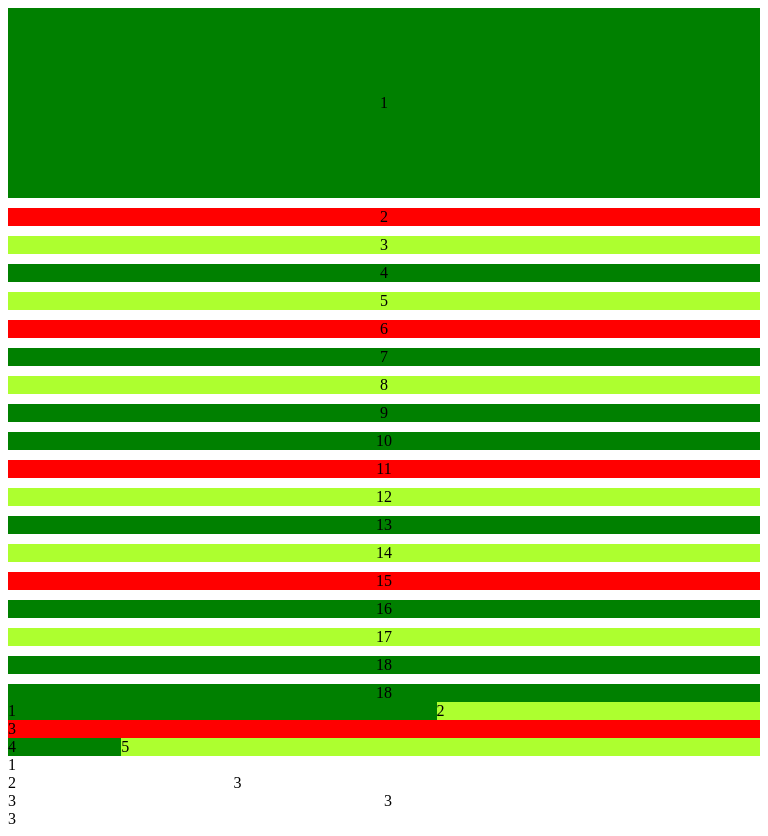
Repository: motiejus1/09-paskaita-05.31
Page: index.html
An editor plug-in stored every save of this project. The page is shown before and after the next save, followed by the edit.
The browser window is 768 px wide. The pictures show the whole page.

Above is the page before, as saved 2021-06-15 20:53:09.

### index.html
<!DOCTYPE html>
<html lang="en">
<head>
    <meta charset="UTF-8">
    <meta http-equiv="X-UA-Compatible" content="IE=edge">
    <meta name="viewport" content="width=device-width, initial-scale=1.0">
    <title>9 paskaita</title>
    <style>
        .grid-container {
            display: grid;
            grid-template-columns: auto auto auto;
            grid-column-gap: 10px ;
            grid-row-gap: 10px ;
        }

        @media screen and (max-width: 1000px) {
            .grid-container {
                grid-template-columns: auto;
            }

            .grid-item-1 {
                grid-column:auto !important;
                grid-row:auto;
            }
        }

        .zalia {
            background-color: green;
        }

        .raudona {
            background-color: red;
        }

        .geltona {
            background: greenyellow;
        }

        .grid-item-1 {
            /* grid-column-start: 1 ;
            grid-column-end: 3 ; */

            grid-column: 1 / span 6;

            grid-row: 1 / span 20;
        }

        /* .grid-item-2 {
            grid-column-start: 1 ;
            grid-column-end: 3 ;
            grid-row-start: 3;
            grid-row-end: 25 ;
        } */

        .grid-item {
            display:grid;
            justify-content: center;
            align-items: center;
        }
        .flex-container {
            display:flex;
            justify-content: center;
            align-items: center;
        }

        .grid-container-1 {
            display: grid;
            grid-template-areas:
            'pirmas pirmas pirmas pirmas antras antras antras'
            'trecias trecias trecias trecias trecias trecias trecias'
            'ketvirtas penktas penktas penktas penktas penktas penktas'
            'ketvirtas penktas penktas penktas penktas penktas penktas'

            ;
        }
        .grid-element-1 {
            grid-area: pirmas;
        }

        .grid-element-2 {
            grid-area: antras;
        }

        .grid-element-3 {
            grid-area: trecias;
        }

        .grid-element-4 {
            grid-area: ketvirtas;
        }

        .grid-element-5 {
            grid-area: penktas;
        }

        .grid-container-2 {
            display:grid;
            grid-template-columns: 10% 10% 10% 10% 10% 10% 10% 10% 10% 10%
        }

        .grid1 {
            /* width: 100%; */
            grid-column: 1 / span 10;
        }

        .grid2 {
            grid-column: 1 / span 3;
        }

        .grid3 {
            grid-column: 4 / span 10;
        }

        .grid4 {
            grid-column: 1 /span 5;
        }

        .grid5 {
            grid-column:  6 /span 10;
        }

        .grid6 {
            grid-column:  1 /span 7;
        }

    </style>
</head>
<body>
    <div class="grid-container">
        <div class="grid-item grid-item-1 zalia">
            1
        </div>
        <div class="grid-item grid-item-2 raudona">
            2
        </div>
        <div class="grid-item grid-item-3 geltona">3</div>
        <div class="grid-item grid-item-4 zalia">4</div>
        <div class="grid-item geltona">5</div>
        <div class="grid-item raudona">6</div>
        <div class="grid-item zalia">7</div>
        <div class="grid-item geltona">8</div>
        <div class="grid-item zalia">9</div>
        <div class="grid-item zalia">10</div>
        <div class="grid-item raudona">11</div>
        <div class="grid-item geltona">12</div>
        <div class="grid-item zalia">13</div>
        <div class="grid-item geltona">14</div>
        <div class="grid-item raudona">15</div>
        <div class="grid-item zalia">16</div>
        <div class="grid-item geltona">17</div>
        <div class="grid-item zalia">18</div>
        <div class="flex-container zalia">18</div>
    </div>

    <div class="grid-container-1">
        <div class="grid-element-1 zalia">1</div>
        <div class="grid-element-2 geltona">2</div>
        <div class="grid-element-3 raudona">3</div>
        <div class="grid-element-4 zalia">4</div>
        <div class="grid-element-5 geltona">5</div>
    </div>

    <div class="grid-container-2">
        <div class="grid1 plotis100">1</div>
        <div class="grid2 plotis30">2</div>
        <div class="grid3 plotis70">3</div>
        <div class="grid4 plotis50">3</div>
        <div class="grid5 plotis50">3</div>
        <div class="grid6 plotis65">3</div>
    </div>

</body>
</html>

After the next save:
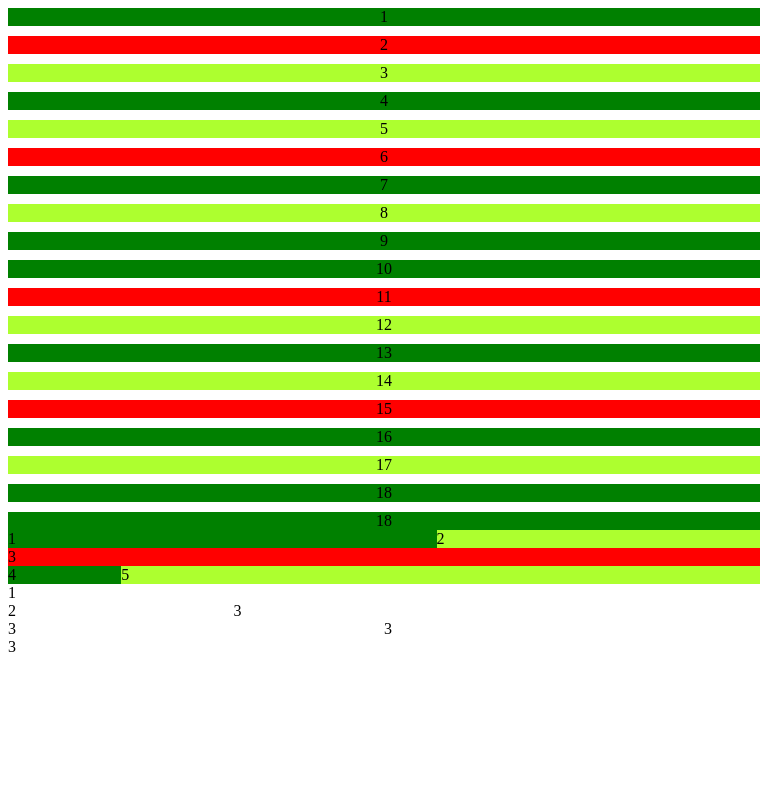
Saved 4 s later.
--- a/index.html
+++ b/index.html
@@ -20,7 +20,7 @@
 
             .grid-item-1 {
                 grid-column:auto !important;
-                grid-row:auto;
+                grid-row:auto !important;
             }
         }
 
